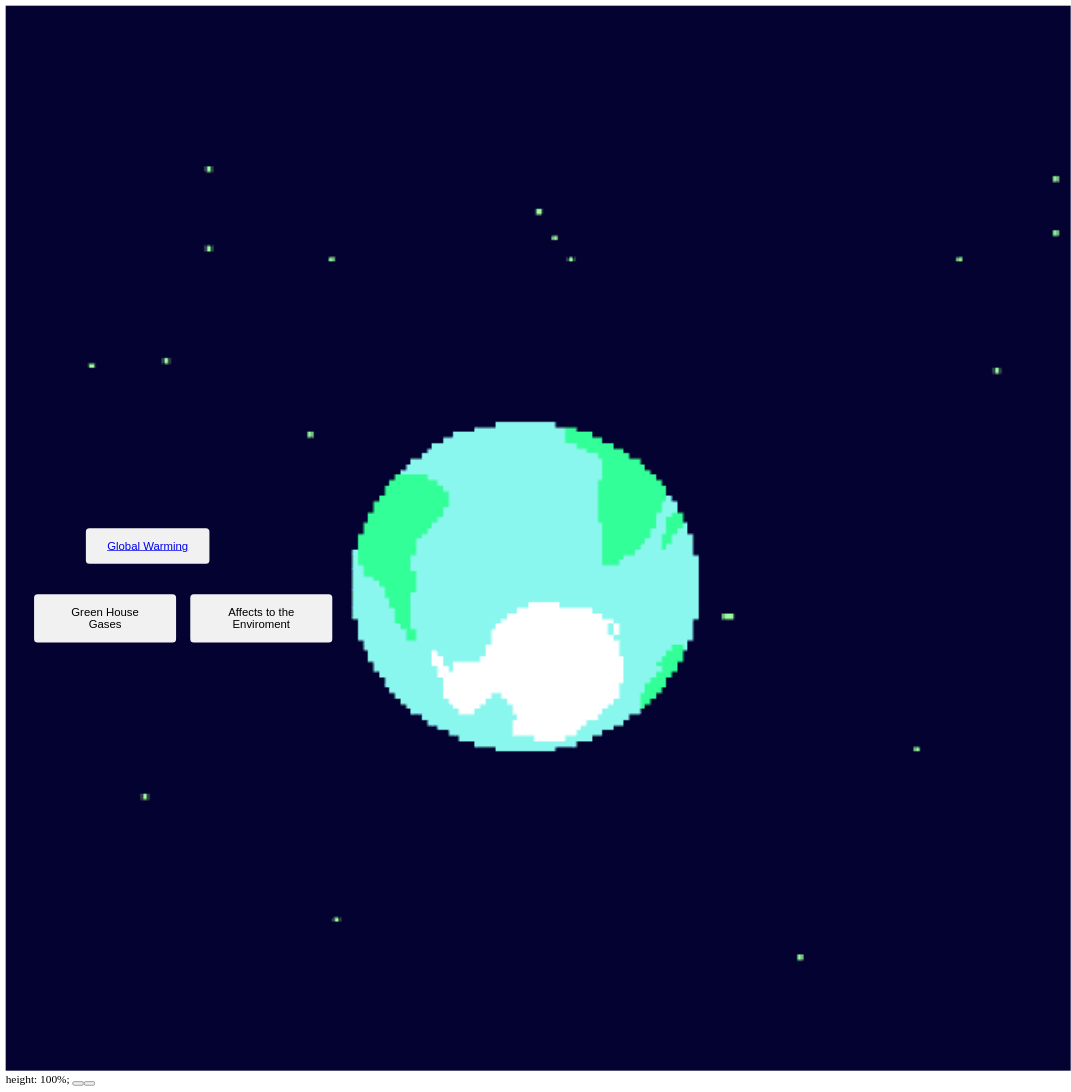
Repository: Alejandra-Pelayo/Alejandra-Pelayo.github.io
Page: 2.1.4/button_example.html
The author's editor kept a record of every edit. The page is drawn from the files as they stood at one moment, then again after the next edit.
The browser window is 1280 px wide. The page is 1508 px wide, so the pictures cover 1508 px, including what lies to the right of the window. The pictures show the whole page, at 71% of full size.

Above is the page before.

### 2.1.4/button_example.html
<!DOCTYPE html>
<html>
<head>
<style>
.container {
  position: relative;
  width: 100%;
  max-width: 400px;
}

.container img {
  width: 100%;
  height: auto;
}

.container .btn {
  position: absolute;
  top: 50%;
  left: 50%;
  transform: translate(-20%, -20%);
  -ms-transform: translate(-20%, -20%);
  background-color: #f1f1f1;
  color: black;
  font-size: 16px;
  padding: 16px 30px;
  border: none;
  cursor: pointer;
  border-radius: 5px;
  text-align: center;
}

.container .btn:hover {
  background-color: black;
  color: white;
}







.container .btn2 {
  position: absolute;
  top: 50%;
  left: 50%;
  transform: translate(-80%, 100%);
  -ms-transform: translate(-80%, -80%);
  background-color: #f1f1f1;
  color: black;
  font-size: 16px;
  padding: 16px 30px;
  border: none;
  cursor: pointer;
  border-radius: 5px;
  text-align: center;
}




.container .btn3 {
  position: absolute;
  top: 50%;
  left: 50%;
  transform: translate(30%, 100%);
  -ms-transform: translate(-80%, -80%);
  background-color: #f1f1f1;
  color: black;
  font-size: 16px;
  padding: 16px 30px;
  border: none;
  cursor: pointer;
  border-radius: 5px;
  text-align: center;
}






</style>
</head>
<body>



<link href="button.css" rel="stylesheet" type="text/css">
<div class="container">
  <img src="world_gif.gif" alt="Computer Man" style="width:1500px;height 768px;">
  height: 100%;
<a href="Enviromental.html">
  <button class="btn"> Global Warming<Button</button>
<a href = "Green_House.html">
  <button class ="btn2"> Green House Gases <Button/button>
<a href = "animals.html">
  <button class ="btn3"> Affects to the Enviroment <Button/button>

</div>

</body>
</html>

### button.css
.container {
  position: relative;
  width: 100%;
  max-width: 400px;
}

.container img {
  width: 100%;
  height: auto;
}

.container .btn {
  position: absolute;
  top: 50%;
  left: 50%;
  transform: translate(-50%, -50%);
  -ms-transform: translate(-50%, -50%);
  background-color: #f1f1f1;
  color: black;
  font-size: 16px;
  padding: 16px 30px;
  border: none;
  cursor: pointer;
  border-radius: 5px;
  text-align: center;
}

.container .btn:hover {
  background-color: black;
  color: white;
}






.container {
  position: relative;
  width: 100%;
  max-width: 400px;
}

.container img {
  width: 100%;
  height: auto;
}

.container .button {
  position: absolute;
  top: 50%;
  left: 50%;
  transform: translate(-40%, -40%);
  -ms-transform: translate(-40%, -40%);
  background-color: #f1f1f1;
  color: black;
  font-size: 16px;
  padding: 16px 30px;
  border: none;
  cursor: pointer;
  border-radius: 5px;
  text-align: center;
}

.container .button:hover {
  background-color: black;
  color: white;
}






.bg {
  background-image: url("world_gif.gif");


  height: 100%;


  background-position: center;
  background-repeat: no-repeat;
  background-size: cover;
}

img.bg {
  /* Set rules to fill background */
  min-height: 100%;
  min-width: 1024px;

  /* Set up proportionate scaling */
  width: 100%;
  height: auto;

  /* Set up positioning */
  position: fixed;
  top: 0;
  left: 0;
}

@media screen and (max-width: 1024px) { /* Specific to this particular image */
  img.bg {
    left: 50%;
    margin-left: -512px;   /* 50% */
  }
}

After the next edit:
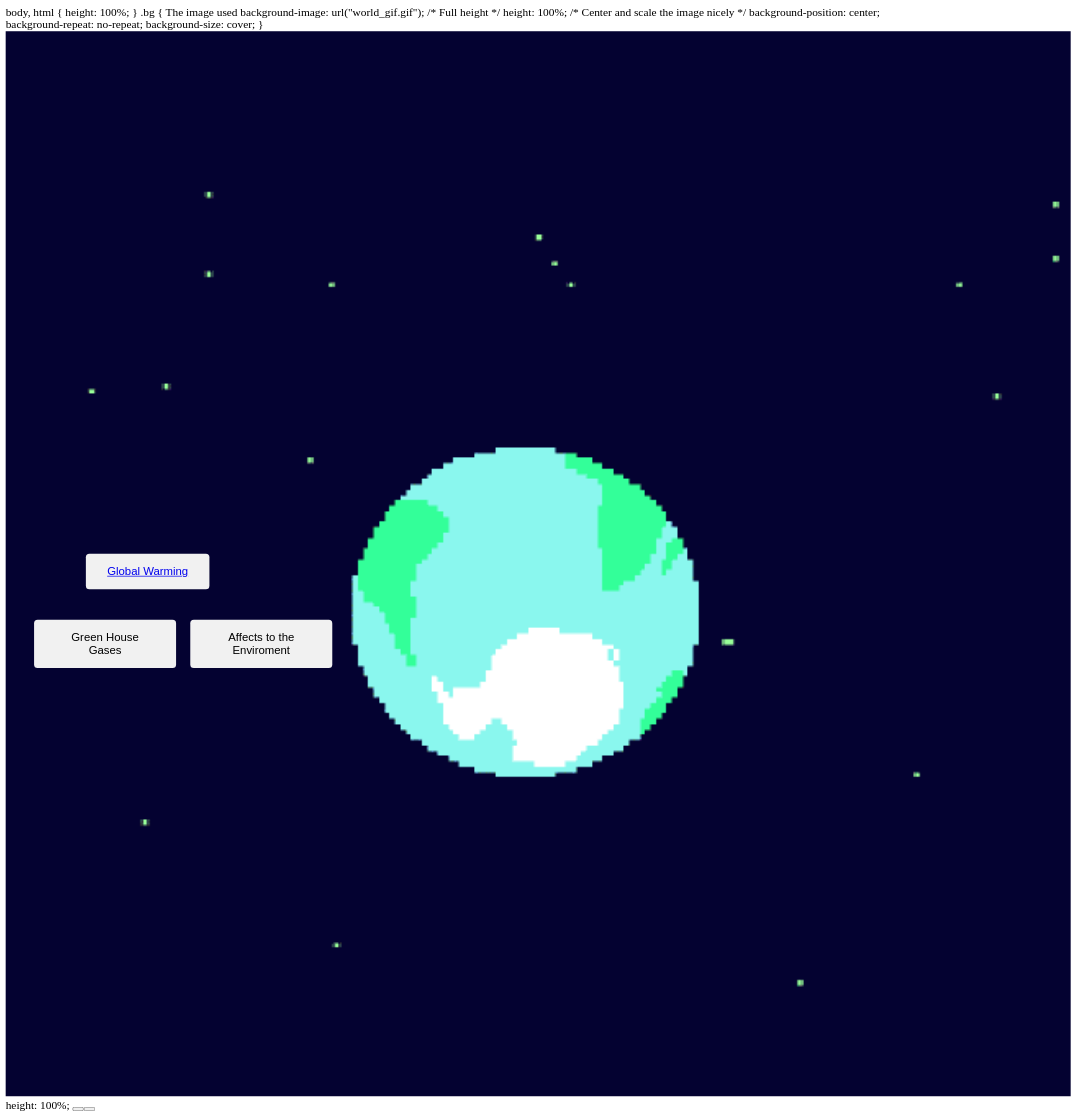
The edit:
--- a/2.1.4/button_example.html
+++ b/2.1.4/button_example.html
@@ -83,7 +83,22 @@
 </style>
 </head>
 <body>
+body, html {
+  height: 100%;
+}
 
+.bg {
+   The image used
+  background-image: url("world_gif.gif");
+
+  /* Full height */
+  height: 100%;
+
+  /* Center and scale the image nicely */
+  background-position: center;
+  background-repeat: no-repeat;
+  background-size: cover;
+}
 
 
 <link href="button.css" rel="stylesheet" type="text/css">
